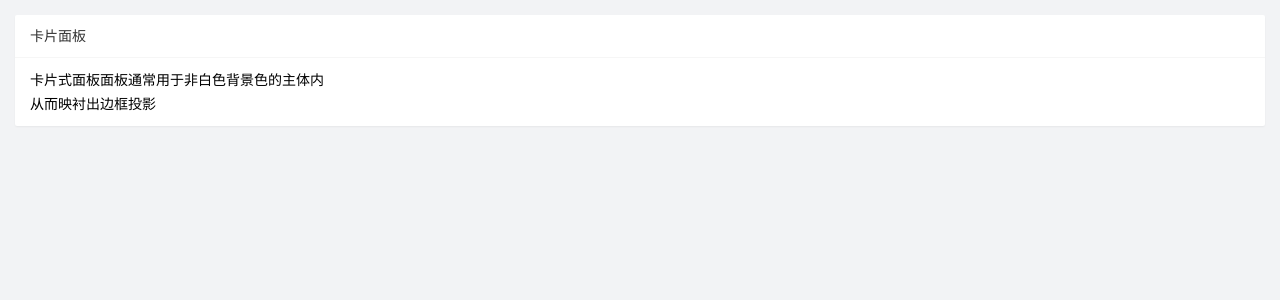
Repository: R1Deemo/Main-project
Page: article/art_cate.html
These files come from the project's save history. The page is drawn as it stood at one moment and after the next save; the edit follows.
The browser window is 1280 px wide. The pictures show the whole page.

Above is the page before, as saved 2022-11-09 19:27:42.

After the next save:
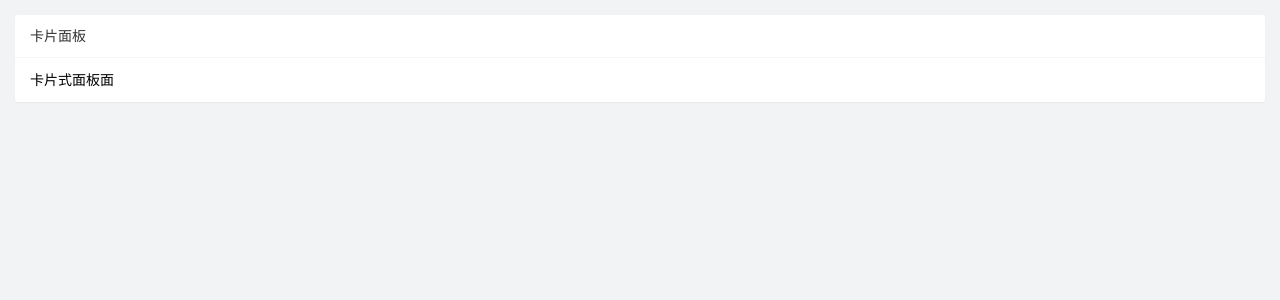
Saved 5 min 12 s later.
--- a/article/art_cate.html
+++ b/article/art_cate.html
@@ -14,7 +14,7 @@
     <div class="layui-card">
         <div class="layui-card-header">卡片面板</div>
         <div class="layui-card-body">
-            卡片式面板面板通常用于非白色背景色的主体内<br> 从而映衬出边框投影
+            卡片式面板面
         </div>
     </div>
 
